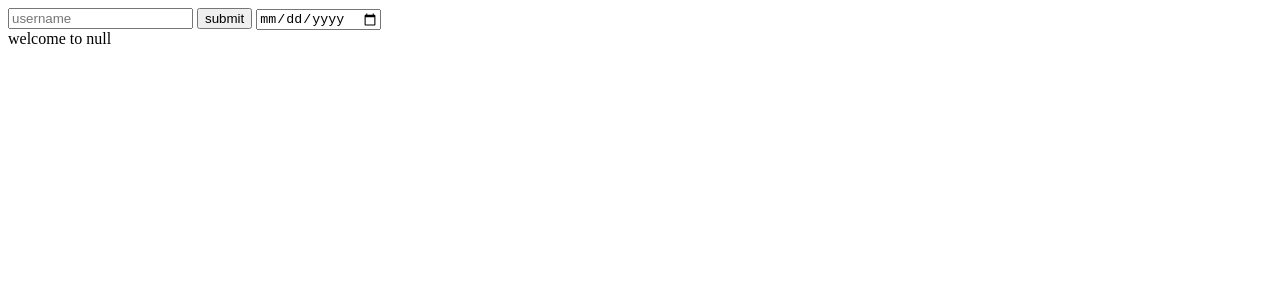
Repository: VIJAYkollu-7568/rakhi
Page: http://localhost/jsp/hello.jsp
The author's editor kept a copy of each file at every save. The page is drawn from the files as they stood at one save, then again after the next save.
The browser window is 1280 px wide. The pictures show the whole page.
The page is served by Tomcat 9.

Above is the page before, as saved 2024-11-05 11:06:54.

After the next save:
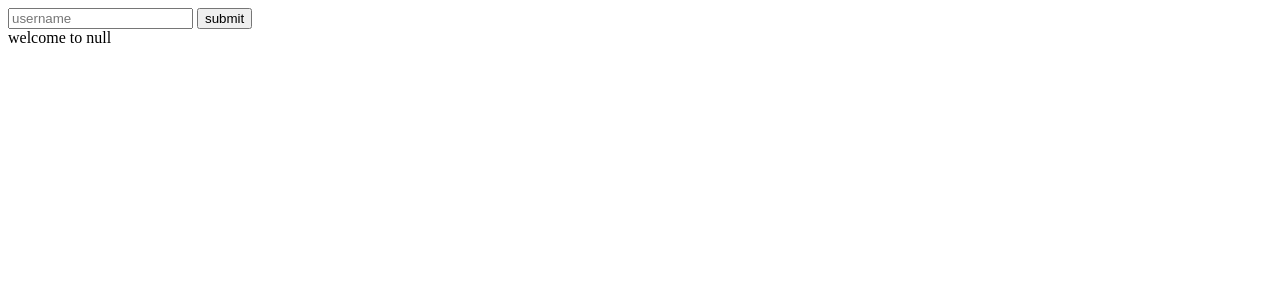
Saved 23 s later.
--- a/jsp/src/main/webapp/hello.jsp
+++ b/jsp/src/main/webapp/hello.jsp
@@ -12,7 +12,7 @@
 <input type="text" name="username" placeholder="username">
 
 <input type="button" value="submit" >
-<input type="date" value="submit" >
+
 </form>
 <%
 //out.println("today is  "+ java.util.Calendar.getInstance().getTime());
